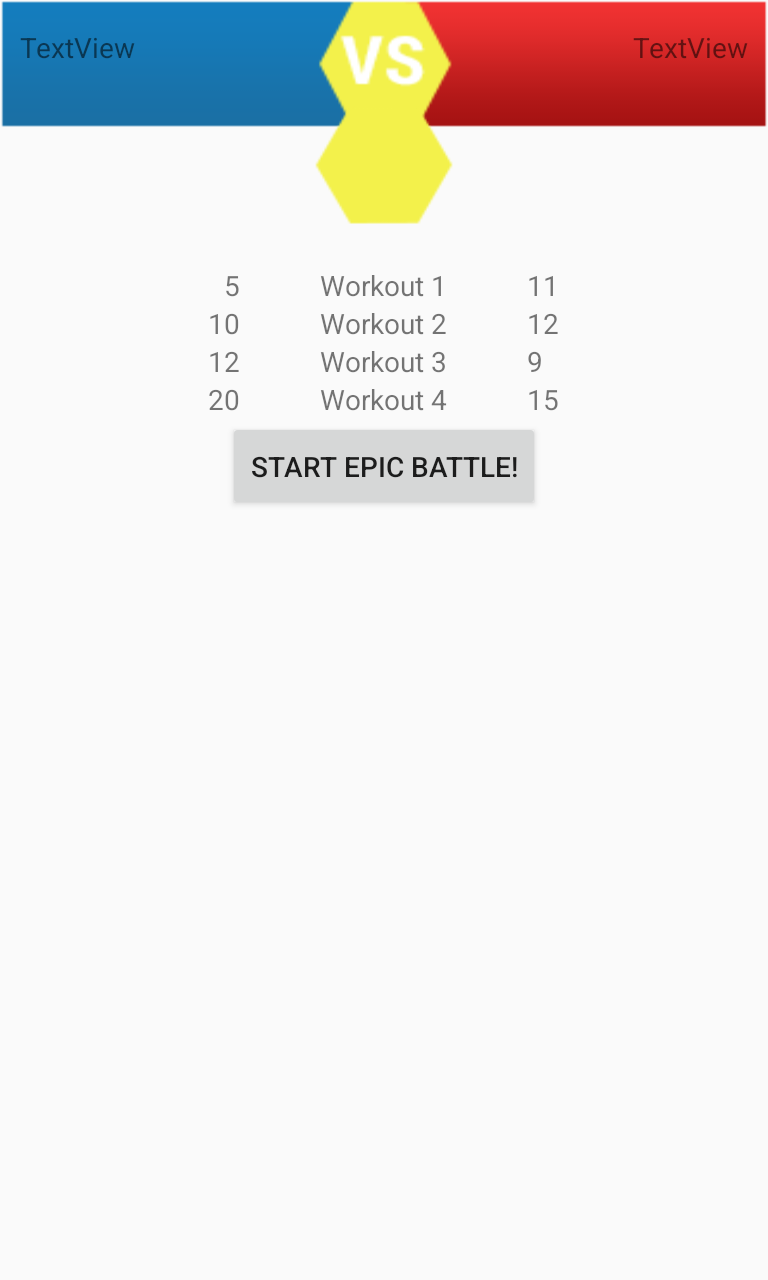
Repository: hackathon-2014/devdroid-repo
Layout: HealthyCompetition/res/layout/battlefield_layout.xml
An editor plug-in stored every save of this project. The layout is shown before and after the next save, followed by the edit.
It is drawn on a 768 x 1280 px phone screen (xhdpi) without system bars, with theme AppTheme; the app's code is not run.

Above is the layout before, as saved 2014-08-23 20:04:14.

### HealthyCompetition/res/layout/battlefield_layout.xml
<?xml version="1.0" encoding="utf-8"?>
<LinearLayout xmlns:android="http://schemas.android.com/apk/res/android"
    android:layout_width="match_parent"
    android:layout_height="match_parent"
    android:orientation="vertical" >

    <RelativeLayout
        android:id="@+id/relative_layout_versus"
        android:layout_width="match_parent"
        android:layout_height="wrap_content" >

        <ImageView
            android:id="@+id/versus_image"
            android:layout_width="match_parent"
            android:layout_height="wrap_content"
            android:background="@drawable/versus_banner_9" />

        <TextView
            android:id="@+id/time_view"
            android:layout_width="wrap_content"
            android:layout_height="wrap_content"
            android:layout_below="@+id/versus_image"
            android:layout_centerHorizontal="true"

            android:text="Time"
            android:textSize="20dp" />

        <TextView
            android:id="@+id/player_one_name"
            android:layout_width="wrap_content"
            android:layout_height="wrap_content"
            android:layout_alignParentLeft="true"
            android:layout_alignParentTop="true"
            android:layout_marginLeft="10dp"
            android:layout_marginTop="14dp"
            android:text="TextView" />

        <TextView
            android:id="@+id/player_two_name"
            android:layout_width="wrap_content"
            android:layout_height="wrap_content"
            android:layout_alignBaseline="@+id/player_one_name"
            android:layout_alignBottom="@+id/player_one_name"
            android:layout_alignParentRight="true"
            android:layout_alignParentTop="true"
            android:layout_marginRight="10dp"
            android:text="TextView" />

        <ImageView
            android:id="@+id/timer_image"
            android:layout_width="70dp"
            android:layout_height="70dp"
            android:layout_below="@+id/player_two_name"
            android:layout_centerHorizontal="true"
            android:layout_marginTop="15dp"
            android:background="@drawable/clockBG_9" />

    </RelativeLayout>

    <RelativeLayout
        android:id="@+id/workout_layout_one"
        android:layout_width="match_parent"
        android:layout_height="wrap_content"
        android:layout_marginTop="15dp"
        android:orientation="vertical" >

        <TextView
            android:id="@+id/workout_one"
            android:layout_width="wrap_content"
            android:layout_height="wrap_content"
            android:layout_centerHorizontal="true"
            android:text="Workout 1" />

        <TextView
            android:id="@+id/playerone_workoutone"
            android:layout_width="wrap_content"
            android:layout_height="wrap_content"
            android:layout_alignParentTop="true"
            android:layout_marginRight="40dp"
            android:layout_toLeftOf="@+id/workout_one"
            android:text="5" />

        <TextView
            android:id="@+id/playertwo_workoutone"
            android:layout_width="wrap_content"
            android:layout_height="wrap_content"
            android:layout_alignParentTop="true"
            android:layout_marginLeft="40dp"
            android:layout_toRightOf="@+id/workout_one"
            android:text="11" />
    </RelativeLayout>

    <RelativeLayout
        android:id="@+id/workout_layout_two"
        android:layout_width="match_parent"
        android:layout_height="wrap_content"
        android:orientation="vertical" >

        <TextView
            android:id="@+id/workout_two"
            android:layout_width="wrap_content"
            android:layout_height="wrap_content"
            android:layout_centerHorizontal="true"
            android:text="Workout 2" />

        <TextView
            android:id="@+id/playerone_workouttwo"
            android:layout_width="wrap_content"
            android:layout_height="wrap_content"
            android:layout_alignParentTop="true"
            android:layout_marginRight="40dp"
            android:layout_toLeftOf="@+id/workout_two"
            android:text="10" />

        <TextView
            android:id="@+id/playertwo_workouttwo"
            android:layout_width="wrap_content"
            android:layout_height="wrap_content"
            android:layout_alignParentTop="true"
            android:layout_marginLeft="40dp"
            android:layout_toRightOf="@+id/workout_two"
            android:text="12" />
    </RelativeLayout>

    <RelativeLayout
        android:id="@+id/workout_layout_three"
        android:layout_width="match_parent"
        android:layout_height="wrap_content"
        android:orientation="vertical" >

        <TextView
            android:id="@+id/workout_three"
            android:layout_width="wrap_content"
            android:layout_height="wrap_content"
            android:layout_centerHorizontal="true"
            android:text="Workout 3" />

        <TextView
            android:id="@+id/playerone_workoutthree"
            android:layout_width="wrap_content"
            android:layout_height="wrap_content"
            android:layout_alignParentTop="true"
            android:layout_marginRight="40dp"
            android:layout_toLeftOf="@+id/workout_three"
            android:text="12" />

        <TextView
            android:id="@+id/playertwo_workoutthree"
            android:layout_width="wrap_content"
            android:layout_height="wrap_content"
            android:layout_alignParentTop="true"
            android:layout_marginLeft="40dp"
            android:layout_toRightOf="@+id/workout_three"
            android:text="9" />
    </RelativeLayout>

    <RelativeLayout
        android:id="@+id/workout_layout_four"
        android:layout_width="match_parent"
        android:layout_height="wrap_content"
        android:orientation="vertical" >

        <TextView
            android:id="@+id/workout_four"
            android:layout_width="wrap_content"
            android:layout_height="wrap_content"
            android:layout_centerHorizontal="true"
            android:text="Workout 4" />

        <TextView
            android:id="@+id/playerone_workoutfour"
            android:layout_width="wrap_content"
            android:layout_height="wrap_content"
            android:layout_alignParentTop="true"
            android:layout_marginRight="40dp"
            android:layout_toLeftOf="@+id/workout_four"
            android:text="20" />

        <TextView
            android:id="@+id/playertwo_workoutfour"
            android:layout_width="wrap_content"
            android:layout_height="wrap_content"
            android:layout_alignParentTop="true"
            android:layout_marginLeft="40dp"
            android:layout_toRightOf="@+id/workout_four"
            android:text="15" />
    </RelativeLayout>

    <RelativeLayout
        android:layout_width="match_parent"
        android:layout_height="wrap_content" >

        <Button
            android:id="@+id/button1"
            android:layout_width="wrap_content"
            android:layout_height="wrap_content"
            android:layout_centerHorizontal="true"
            android:text="Start Epic Battle!" />
    </RelativeLayout>

</LinearLayout>

Loaded but not shown: HealthyCompetition/res/values/styles.xml (common file); HealthyCompetition/res/values-v11/styles.xml (common file); HealthyCompetition/res/values-v14/styles.xml (common file)

After the next save:
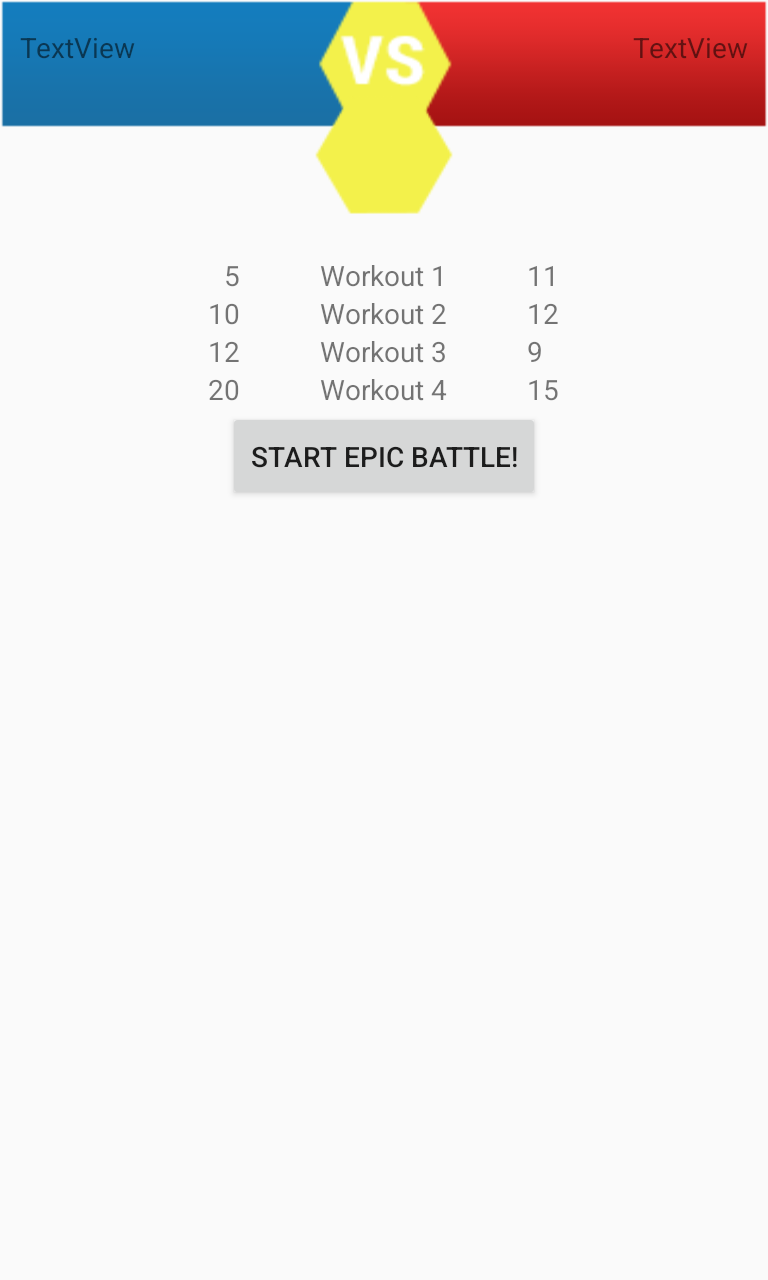
Saved 8 s later.
--- a/HealthyCompetition/res/layout/battlefield_layout.xml
+++ b/HealthyCompetition/res/layout/battlefield_layout.xml
@@ -52,7 +52,7 @@
             android:layout_height="70dp"
             android:layout_below="@+id/player_two_name"
             android:layout_centerHorizontal="true"
-            android:layout_marginTop="15dp"
+            android:layout_marginTop="10dp"
             android:background="@drawable/clockBG_9" />
 
     </RelativeLayout>
